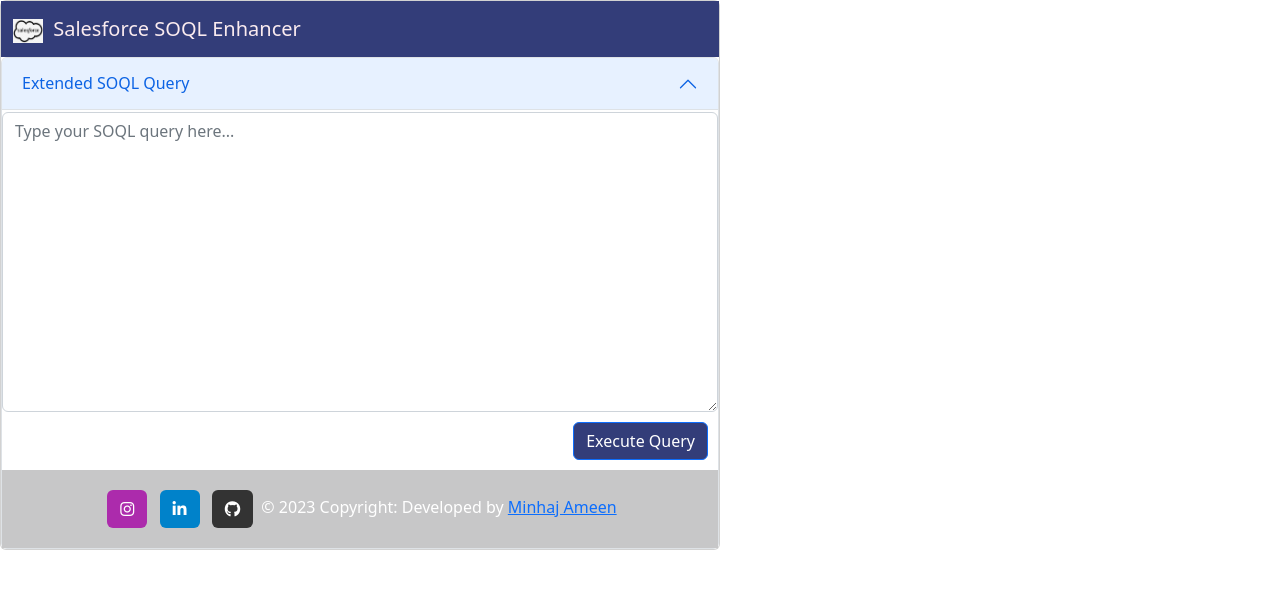
Repository: anweshpargi/salesforceExtension
Page: popup.html
The author's editor kept a copy of each file at every save. The page is drawn from the files as they stood at one save, then again after the next save.
The browser window is 1280 px wide. The pictures show the whole page.
Some web libraries are served in a nearby version.

Above is the page before, as saved 2023-08-28 10:56:19.
Not found: js/jsforce.js

### popup.html
<!DOCTYPE html>
<html lang="en">

<head>
    <meta charset="UTF-8">
    <meta http-equiv="X-UA-Compatible" content="IE=edge">
    <meta name="viewport" content="width=device-width, initial-scale=1.0">
    <link rel="stylesheet" href="bootstrap/css/bootstrap.min.css">

    <script src="bootstrap/js/bootstrap.min.js" type="text/javascript"></script>
    <script src="js/jsforce.js" type="text/javascript"></script>
    <script src='https://kit.fontawesome.com/a076d05399.js' ></script>

    <!-- JavaScript Bundle with Popper -->

    <title> Salesforce Test Class Data Generator</title>
</head>


<body style="width: 720px">
    <div class="card">
        <nav class="navbar" style="background-color: #333D79FF;">
            <div class="container-fluid">
                <a class="navbar-brand" style="color: #FAEBEFFF;" href="#">
                    <img src="/icon.png" alt="Logo" width="30" height="24" style="margin-right: 5px;"
                        class="d-inline-block">
                    Salesforce SOQL Enhancer
                </a>
            </div>
        </nav>

        <div class="accordion" id="accordionExample">
            <div class="accordion-item">
                <h2 class="accordion-header" id="headingOne">
                    <button class="accordion-button" type="button" data-bs-toggle="collapse"
                        data-bs-target="#collapseOne" aria-expanded="true" aria-controls="collapseOne">
                        Extended SOQL Query
                    </button>
                </h2>
                <div id="collapseOne" class="accordion-collapse collapse show" aria-labelledby="headingOne"
                    data-bs-parent="#accordionExample">

                    <div class="">
                        <textarea style="margin-top: 2px; height: 300px;" class="form-control"
                            placeholder="Type your SOQL query here..." id="floatingtextarea"></textarea>
                    </div>
                    <div style="text-align: right; margin: 10px;">
                        <span id="loader" style="display: none;">
                            <span class="spinner-border text-primary"  role="status"></span>
                            <span style="color: darkblue;"> &nbsp; Processing wait... </span>
                            <span style="color: darkblue;" id="count">  </span>&nbsp;
                        </span>
                        <span>
                            <button class="btn btn-success"  style="display: none;" id="downloadExcel" type="">Download Excel</button>
                        </span>
                        <button class="btn btn-primary" style="background-color: #333D79FF;"  id="getbutton" type="">Execute Query</button>
                    </div>
                </div>

                <div class="bg-light text-center text-white">

                    <div class="text-center p-3" style="background-color: rgba(0, 0, 0, 0.2);">


                      <!-- Instagram -->
                      <a
                        class="btn text-white btn-floating m-1"
                        style="background-color: #ac2bac;"
                        href="https://www.instagram.com/_spartann__/"
                        role="button"
                        ><i class="fab fa-instagram"></i
                      ></a>

                      <!-- Linkedin -->
                      <a
                        class="btn text-white btn-floating m-1"
                        style="background-color: #0082ca;"
                        href="#!"
                        role="button"
                        ><i class="fab fa-linkedin-in"></i
                      ></a>
                      <!-- Github -->
                      <a
                        class="btn text-white btn-floating m-1"
                        style="background-color: #333333;"
                        href="#!"
                        role="button"
                        ><i class="fab fa-github"></i
                      ></a>
                      © 2023 Copyright: Developed by
                      <a class="S" href="https://www.instagram.com/_spartann__/"> Minhaj Ameen</a>
                    </div>

                </div>

            </div>
        </div>
    </div>

</body>
<script type="text/javascript" src="js/popup.js"></script>
<script type="text/javascript" src="js/xlsx.full.min.js"></script>
<!-- <script src='https://kit.fontawesome.com/a076d05399.js' crossorigin='anonymous'></script> -->


</html>

### js/popup.js
//store connection... con object
var conn = undefined;
var inputQuery = undefined;

console.log('popup js loaded succesfully')
document.querySelector('#getbutton').addEventListener('click', () => {
  console.log('XLSX ' + XLSX);
  console.log('method invoked on button click')
  chrome.tabs.query({ active: true, currentWindow: true }, (tabs) => {
    console.log('inside tabs query')
    var tab = tabs[0]
    var instanceUrl = tab.url.split('.')[0] + '.my.salesforce.com'
    console.log(tab)
    var domainUrl = new URL(tab.url)
    var sessionId = undefined
    if (
      tab.url &&
      (tab.url.includes('.lightning.force.com') ||
        tab.url.includes('.salesforce.com'))
    ) {
      var port = chrome.runtime.connect({ name: 'knockknock' })
      port.postMessage({ host: instanceUrl.replace('https://', '') })
      port.onMessage.addListener(function (msg) {
        console.log('response from backgroundjs' + msg.ssid)
        sessionId = msg.ssid
        if (sessionId) {
          console.log('session id received  ', sessionId)
          conn = new jsforce.Connection({
            serverUrl: instanceUrl,
            instanceUrl: instanceUrl,
            sessionId: sessionId,
            version: '50.0',
          }) //jsforce
          console.log('connection', conn)
          getQueryInput()
        } else {
          alert('Salesforce Session Not found')
        }
      })
    } else {
      alert(
        'Not a Salesforce Domain!, Keep Salesforce Tab Active and Run again',
      )
    }
  })
})

function getQueryInput() {
  try {
    if (conn) {
      inputQuery = document
        .querySelector('#floatingtextarea')
        .value.replace(/\s\s+/g, ' ')
        .trim()
      console.log('Input query by user >> ' + inputQuery)
      processQuery(inputQuery);
    } else {
      alert('Connection not available')
    }
  } catch (error) {
    alert('Something went wrong ' + error.name)
  }
}

var records = [];
var processedQueries = [];
var recordCount = 0;
var countElement = undefined;

async function processQuery(query) {
  countElement = document.getElementById('count');
  recordCount = 0;
  records = [];
  processedQueries = [];
  try {
    isDisableExecute(true);
    showDownloadExcel(false);
    showSpinner(true);
    var match = query.match(/\(([^)]+)\)/i)
    if (match && query.length > 4000) {
      console.log('match and lenght pass');
      var valuesString = match[1];
      console.log('valuesString>> ' + valuesString);
      var valuesList = valuesString.split(',');

      var batchSize = 100;

      for (let i = 0; i < valuesList.length; i += batchSize) {
        // Slice a batch of values
        var batch = valuesList.slice(i, i + batchSize);
        // Join batch values with commas to create a new values string
        var batchValuesString = batch.join(',');

        // Replace values within parentheses with the batch values
        var modifiedQuery = query.replace(valuesString, batchValuesString);
        //console.log('modifiedQurery  >>' + modifiedQuery);
        // Store the modified query in the processedQueries array
        processedQueries.push(modifiedQuery);
        console.log('count ' + i);
        await executeQueryToDatabase(modifiedQuery);
      }
      console.log('final records length ' + records.length);
      console.log('records stingify ' + JSON.stringify(records));
      showSpinner(false);
      showDownloadExcel(true);
      isDisableExecute(false);
      //return processedQueries;
      //executeQueryToDatabase(query);
    } else {
      executeQueryToDatabase(query);
      showSpinner(false);
      showDownloadExcel(true);
      isDisableExecute(false);
    }
  } catch (error) {
    showSpinner(false);
    isDisableExecute(false);
    showDownloadExcel(false);
    alert(error.name)
    console.log(error)
  }
}

async function executeQueryToDatabase(inputQuery) {
  console.log('modified Query ' + inputQuery);
  var query = await conn
    .query(inputQuery)
    .on('record', function (record) {
      // console.log('@@ records push' + record.length)
      ++recordCount;
      console.log('@@@ ' + recordCount);
      countElement.innerHTML = recordCount;
      let { attributes, ...rec } = record;
      records.push(rec);
      // console.log('records output' + records)
    })
    .on('end', function () {
      console.log('@@ total in database : ' + query.totalSize)
      console.log('@@ total fetched : ' + query.totalFetched)
    })
    .on('error', function (err) {
      alert('ERROR NAME: ' + err.name)
      console.error(err)
    })
    .run({ autoFetch: true, maxFetch: 100000 })
}


document.querySelector('#downloadExcel').addEventListener('click', function() {
  console.log('clicked button excel');
  const exportButton = document.getElementById('downloadExcel');
  console.log('exportButton  ' + exportButton);
  console.log('XLSX' + XLSX);

  // const data = [
  //   { Name: 'John', Age: 30 },
  //   { Name: 'Jane', Age: 25 }
  // ];


  const ws = XLSX.utils.json_to_sheet(records);
  const wb = XLSX.utils.book_new();
  XLSX.utils.book_append_sheet(wb, ws, 'Sheet1');

  // Convert the workbook to an ArrayBuffer
  const wbArrayBuffer = XLSX.write(wb, { bookType: 'xlsx', type: 'array' });

  // Create a Blob from the ArrayBuffer
  const blob = new Blob([wbArrayBuffer], {
    type: 'application/vnd.openxmlformats-officedocument.spreadsheetml.sheet'
  });

    const url = URL.createObjectURL(blob);

    const a = document.createElement('a');
    a.href = url;
    const currentDatetime = new Date().toISOString().replace(/[-:.]/g, '');

    const encodedFileName = encodeURIComponent(`exported_data_${currentDatetime}.xlsx`);

    a.download = encodedFileName;
    a.click();

    // Clean up
    setTimeout(function() {
      URL.revokeObjectURL(url);
    }, 0);
    alert(`${encodedFileName} downloaded succefully`);
});

function showSpinner(isShow){
  if(isShow){
    console.log('isshowspinner true');
    document.getElementById('loader').style.display = "inline";
  }else{
    document.getElementById('loader').style.display = "none";
  }
}

function showDownloadExcel(isShow){
  if(isShow){
    document.getElementById('downloadExcel').style.display = "inline";
  }else{
    document.getElementById('downloadExcel').style.display = "none";
  }
}

function isDisableExecute(isDisable){
    document.getElementById('getbutton').disabled = isDisable;
}

Loaded but not shown: bootstrap/css/bootstrap.min.css (library); bootstrap/js/bootstrap.min.js (library); js/xlsx.full.min.js (library)

After the next save:
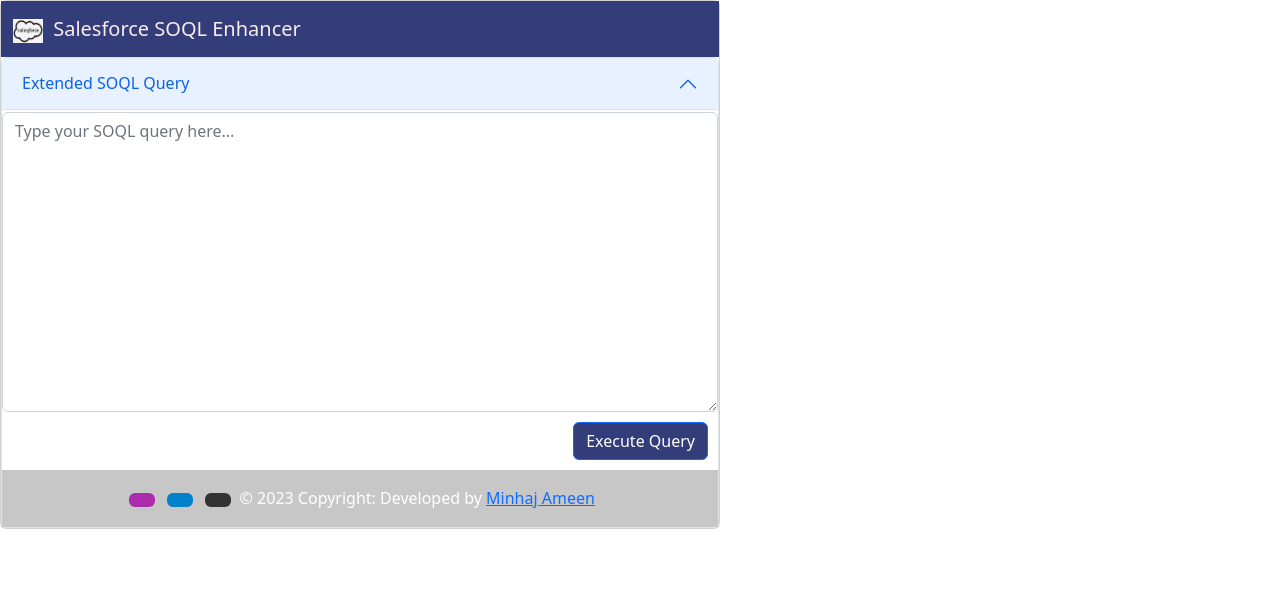
Not found: path/to/font-awesome/css/font-awesome.min.css
Saved 2 min 11 s later.
--- a/popup.html
+++ b/popup.html
@@ -9,7 +9,8 @@
 
     <script src="bootstrap/js/bootstrap.min.js" type="text/javascript"></script>
     <script src="js/jsforce.js" type="text/javascript"></script>
-    <script src='https://kit.fontawesome.com/a076d05399.js' ></script>
+    <link rel="stylesheet" href="path/to/font-awesome/css/font-awesome.min.css">
+
 
     <!-- JavaScript Bundle with Popper -->
 
